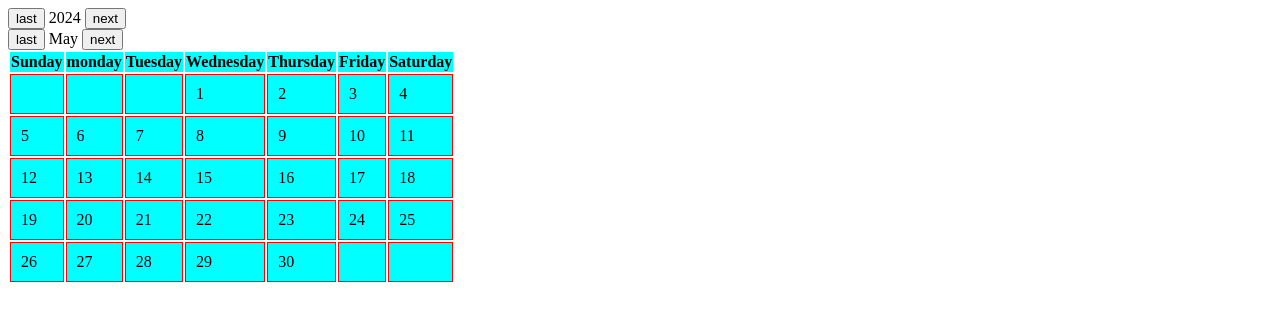
Repository: fateme81yosefi/calendar
Page: index.html
An editor plug-in stored every save of this project. The page is shown before and after the next save, followed by the edit.
The browser window is 1280 px wide. The pictures show the whole page.
After loading, the first visible `.contain-month > button` was clicked once.

Above is the page before, as saved 2024-05-30 22:51:45.

### index.html
<!DOCTYPE html>

<html>

<head>
  <title>calendar</title>
  <link rel="icon" type="image/x-icon" href="/images/fav.png">
  <link rel="stylesheet" href="styles.css">

</head>

<body>

  <div class="container-calendar">
    <div class="contain-year">
      <button onclick="decYear()">
        last </button>
      <span id="year"></span>
      <button onclick="incYear()"> next </button>

    </div>
    <div class="contain-month">
      <button onclick="dec()"> last </button>
      <span id="month"></span>
      <button onclick="increaseMonth()">next </button>
    </div>
    <table>
      <tr>
        <th>Sunday</th>
        <th>monday</th>
        <th>Tuesday</th>
        <th>Wednesday </th>
        <th>Thursday</th>
        <th>Friday</th>
        <th>Saturday</th>
      </tr>

      <tr>
        <td id="1-1"> </td>
        <td id="1-2"> </td>
        <td id="1-3"> </td>
        <td id="1-4"> </td>
        <td id="1-5"> </td>
        <td id="1-6"> </td>
        <td id="1-7"> </td>
      </tr>

      <tr>
        <td id="2-1"> </td>
        <td id="2-2"> </td>
        <td id="2-3"> </td>
        <td id="2-4"> </td>
        <td id="2-5"> </td>
        <td id="2-6"> </td>
        <td id="2-7"> </td>
      </tr>

      <tr>
        <td id="3-1"> </td>
        <td id="3-2"> </td>
        <td id="3-3"> </td>
        <td id="3-4"> </td>
        <td id="3-5"> </td>
        <td id="3-6"> </td>
        <td id="3-7"> </td>
      </tr>

      <tr>
        <td id="4-1"> </td>
        <td id="4-2"> </td>
        <td id="4-3"> </td>
        <td id="4-4"> </td>
        <td id="4-5"> </td>
        <td id="4-6"> </td>
        <td id="4-7"> </td>
      </tr>

      <tr>
        <td id="5-1"> </td>
        <td id="5-2"> </td>
        <td id="5-3"> </td>
        <td id="5-4"> </td>
        <td id="5-5"> </td>
        <td id="5-6"> </td>
        <td id="5-7"> </td>
      </tr>
    </table>
  </div>



  <script src="/scripts.js"></script>

</body>

</html>

### styles.css
tr{
    background-color: aqua;
    border: 1px solid red;
    padding: 10px;
    margin: 2px;
}
td{
    background-color: aqua;
    border: 1px solid red;
    padding: 10px;
    margin: 2px;
}

### scripts.js
const d = new Date();
m = d.getMonth()
y = d.getFullYear()
day = d.getDate()
weekday = d.getDay()
weekday++

function increaseMonth() {
    console.log(increaseMonth)

    m = document.getElementById("month").innerHTML
    month = monthNameToNum(m)
    if ((month++) >= 13) {
        incYear()
    }
    else {
        fillAllDay(month++, y, dayCount)
        setMonth(month++)
    }
}

function dec() {
    m = document.getElementById("month").innerHTML
    month = monthNameToNum(m)
    if ((month--) < 1) {
        decYear()
    }

}

function incYear() {
    let yy = parseInt(document.getElementById("year").innerHTML);
    yy++;
    document.getElementById("year").innerHTML = yy;
    setYear(yy)
    fillAllDay(m, yy, dayCount)
}


function decYear() {
    let yy = parseInt(document.getElementById("year").innerHTML);
    yy--;
    document.getElementById("year").innerHTML = yy;
    setYear(yy)
    fillAllDay(m, yy, dayCount)
}


function setYear(y) {
    document.getElementById("year").innerHTML = y
}
function monthNameToNum(m) {
    switch (m) {
        case "January": return 1;
        case "February": return 2;
        case "March": return 3;
        case "April": return 4;
        case "May": return 5;
        case "June": return 6;
        case "July": return 7;
        case "August": return 8;
        case "September": return 9;
        case "October": return 10;
        case "November": return 11;
        case "December": return 12;
    }
}
function setMonth(m) {
    switch (m) {
        case 1: month = "January";
            break;
        case 2: month = "February";
            break;
        case 3: month = "March";
            break;
        case 4: month = "April";
            break;
        case 5: month = "May";
            break;
        case 6: month = "June";
            break;
        case 7: month = "July";
            break;
        case 8: month = "August";
            break;
        case 9: month = "September";
            break;
        case 10: month = "October";
            break;
        case 11: month = "November";
            break;
        case 12: month = "December";
            break;
    }
    document.getElementById("month").innerHTML = month

}

function findFirstDayMonth(m, y) {
    const date = new Date(y + "-" + m + "-" + 1)
    return date.getDay()
}

function calcDayCount(m) {
    switch (m + 1) {
        case 1: return 31;
        case 2: return 28;
        case 3: return 31;
        case 4: return 30;
        case 5: return 31;
        case 6: return 30;
        case 7: return 31;
        case 8: return 31;
        case 9: return 30;
        case 10: return 31;
        case 11: return 30;
        case 12: return 31;
    }
}

function fillAllDay(m, y, dayCount) {
    m++;

    var fd = findFirstDayMonth(m, y);
    fd++;

    let row = 1
    let col = fd

    for (let i = 1; i <= dayCount; i++) {
        const x = row + "-" + col;
        document.getElementById(x).innerHTML = i;
        if (col >= 7) {
            col = 1;
            row++;
        } else {
            col++;
        }
        if (row >= 6) {
            row = 1;
        }
    }
}

dayCount = calcDayCount(m + 1)

fillAllDay(m, y, dayCount)
setMonth(m + 1)
setYear(y)

After the next save:
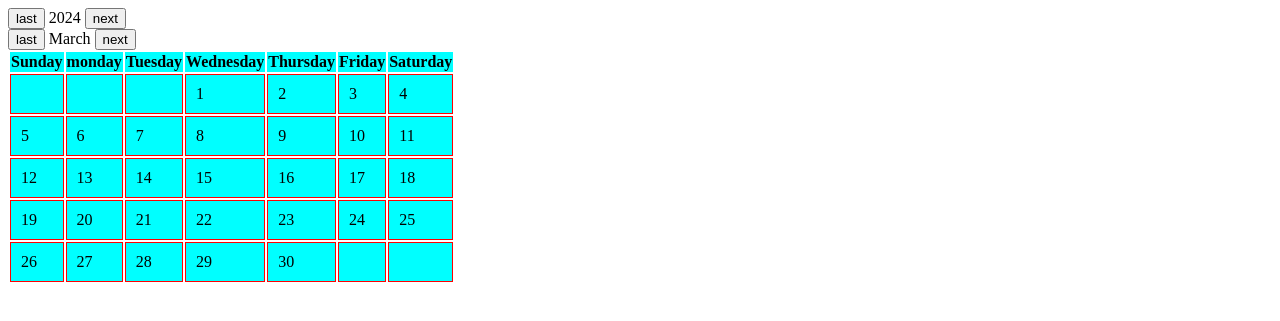
Saved 6 s later.
--- a/scripts.js
+++ b/scripts.js
@@ -24,6 +24,9 @@
     month = monthNameToNum(m)
     if ((month--) < 1) {
         decYear()
+    } else {
+        fillAllDay(month--, y, dayCount)
+        setMonth(month--)
     }
 
 }
